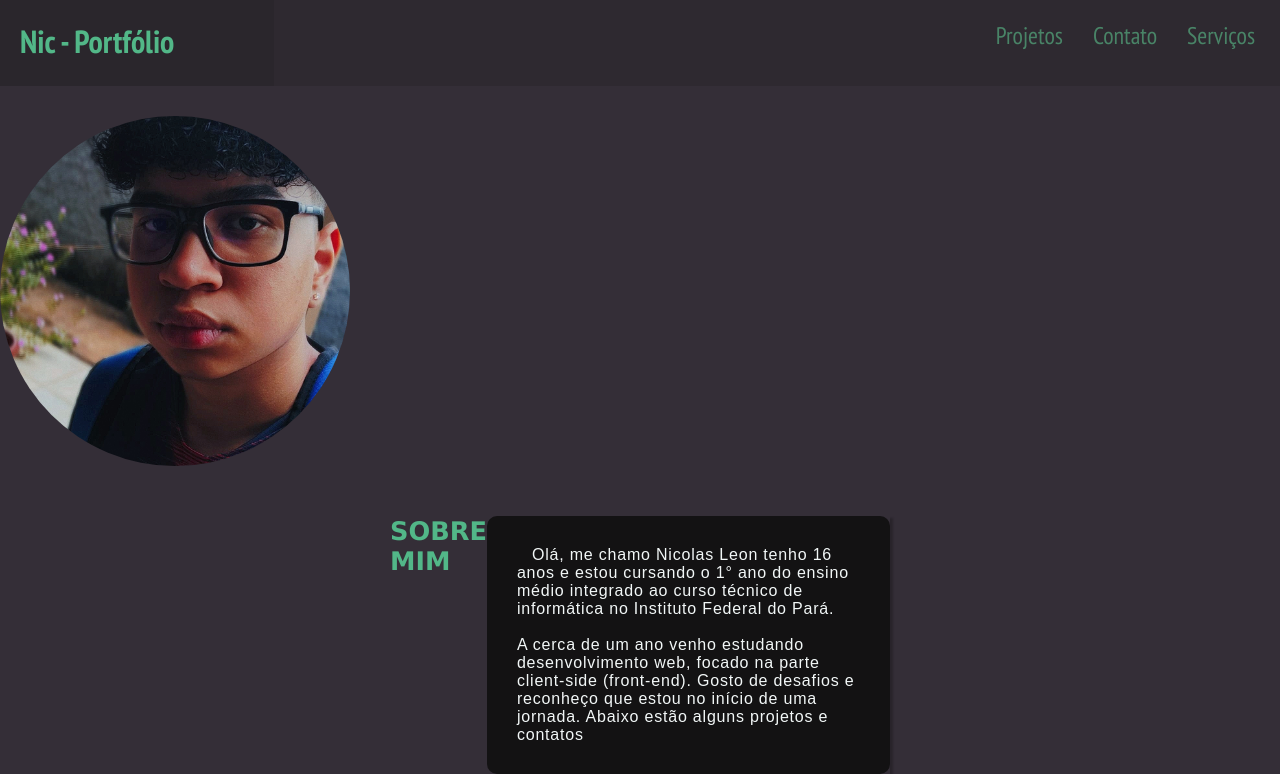
Repository: Leonngc/portfolio
Page: index.html
The author's editor kept a copy of each file at every save. The page is drawn from the files as they stood at one save, then again after a run of saves.
The browser window is 1280 px wide. The pictures show the whole page.

Above is the page before, as saved 2022-12-02 23:13:54.

### index.html
<!DOCTYPE html>
<html lang="en">

<head>
    <meta charset="UTF-8">
    <meta http-equiv="X-UA-Compatible" content="IE=edge">
    <meta name="viewport" content="width=device-width, initial-scale=1.0">
    <meta name="keywords" content="portfolio, web, dev, website, desenvolvedor">
    <meta name="description" content="Meu portfolio de desenvolvedor web">
    <title>Nic Portfólio</title>
    <link rel="stylesheet" href="home.css">
</head>

<body>
    <header>
        <h1>Nic - Portfólio</h1>
        <nav class="menu">
            <ul>
                <li><a href="">Projetos</a></li>
                <li><a href="">Contato</a></li>
                <li><a href="">Serviços</a></li>
            </ul>
        </nav>
    </header>
    <section>
        <div class="circle">

        </div>
    </section>

    <section class="text">
        <h2>Sobre mim</h2>
        <p>Olá, me chamo Nicolas Leon tenho 16 anos e estou cursando o 1° ano do ensino médio integrado ao curso técnico de informática no Instituto Federal do Pará. <br> <br>
        A cerca de um ano venho estudando desenvolvimento web, focado na parte client-side (front-end). Gosto de desafios e reconheço que estou no início de uma jornada. Abaixo estão alguns projetos e contatos</p>
    </section>


</body>

</html>

### home.css
@import url('https://fonts.googleapis.com/css2?family=PT+Sans+Narrow:wght@400;700&display=swap');

@import url('https://fonts.googleapis.com/css2?family=Ubuntu+Condensed&display=swap');

:root{
    --background:#342E37;
    --letters: #52B788;
    --font-texts: font-family: 'Ubuntu Condensed', sans-serif;
}
*{
    margin: 0;
    padding: 0;
}
body{
    background-color: var(--background);
    color: var(--letters);
}

header{
    display: flex;
    flex-wrap: wrap;
    justify-content: space-between;
    background-color: #2e2930;
    height: 12vh;
}

header > h1{
    font-family:'PT Sans Narrow', sans-serif;
    margin-left: 0px;
    padding: 20px;
    padding-right: 100px;
    background-color: rgba(0, 0, 0, 0.081);
}

 ul {
    display: flex;
    flex-wrap: wrap;
}

ul > li{
    list-style: none;
    margin: 10px;
}

li > a{
    text-decoration: none;
    color: var(--letters);
    font-family: 'PT Sans Narrow', sans-serif;
    font-size: 1.5em;
    color: #498467;
    padding: 5px;
}

.menu{
    margin-top: 10px;
    margin-right: 10px;
}

li > a:hover{
    text-decoration: underline;
    color: #498480;
}

.circle{
    width: 350px;
    height: 350px;
    border-radius: 50%;
    overflow: hidden;
    margin-top: 30px ;

    background-image: url(imgs/foto-perfil.webp);
    background-size: cover;
    background-repeat: no-repeat;
    background-position: center center;
    max-width: 100%;
}


section.text{
    margin: 0px auto;
    margin-top: 50px;
    width: 500px;
    box-shadow: 3px 2px 2px rgba(0, 0, 0, 0.224);
    display: flex;
}

section > h2{
    font-family: verdana, sans-serif;
    font-size: 1.6em;
    text-transform: uppercase;
}

section > p{
    border-radius: 10px;
    padding: 30px;
    background-color: #131213;
    color: #f2f7f7;
    font-family: Arial, Helvetica, sans-serif;
    letter-spacing: .8px;
    text-align: left;
    text-indent: 15px;

}

@media  (max-width: 600px) {
    header > h1{
        padding: 15px;
        font-size: 1.6em;
    }
    li > a{
        font-size: 1.2em;
    }
    section{
        width: 320px;
    }
}

After the next 4 saves:
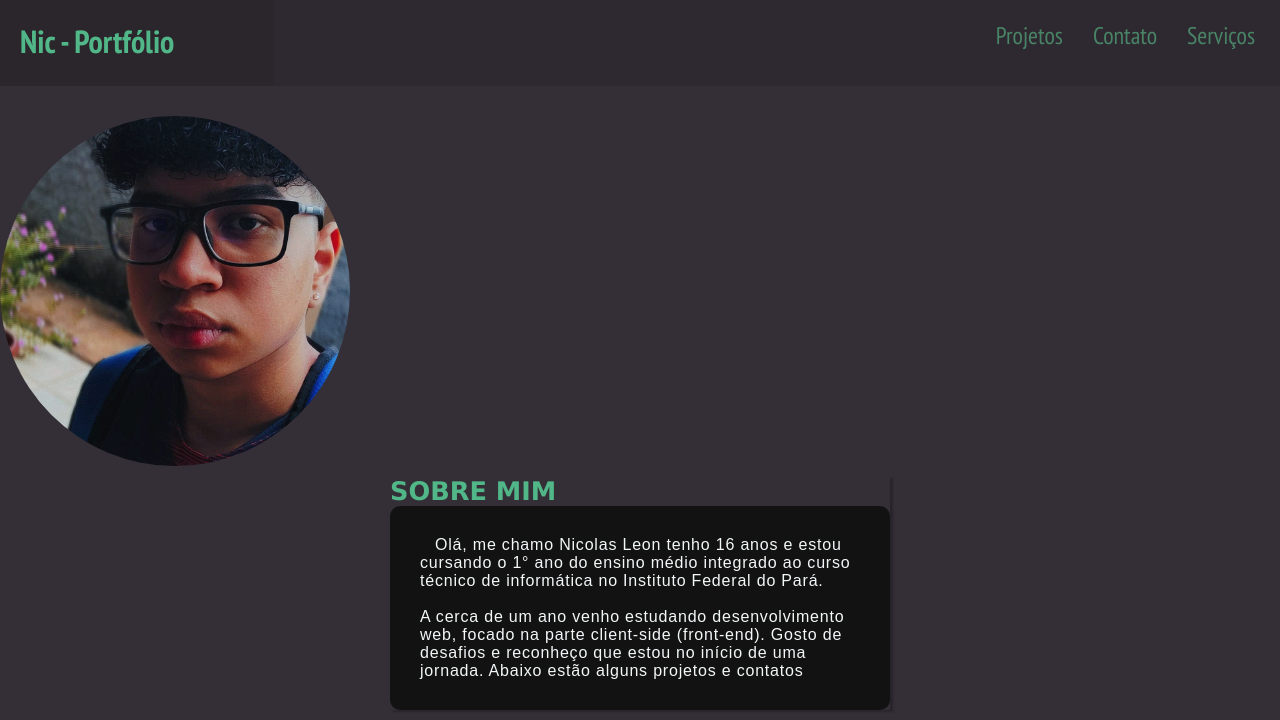
The 4 saves are shown as one change because they came seconds apart.
The last was saved 12 s later.
--- a/home.css
+++ b/home.css
@@ -78,10 +78,9 @@
 
 section.text{
     margin: 0px auto;
-    margin-top: 50px;
+    margin-top: 10px;
     width: 500px;
     box-shadow: 3px 2px 2px rgba(0, 0, 0, 0.224);
-    display: flex;
 }
 
 section > h2{
